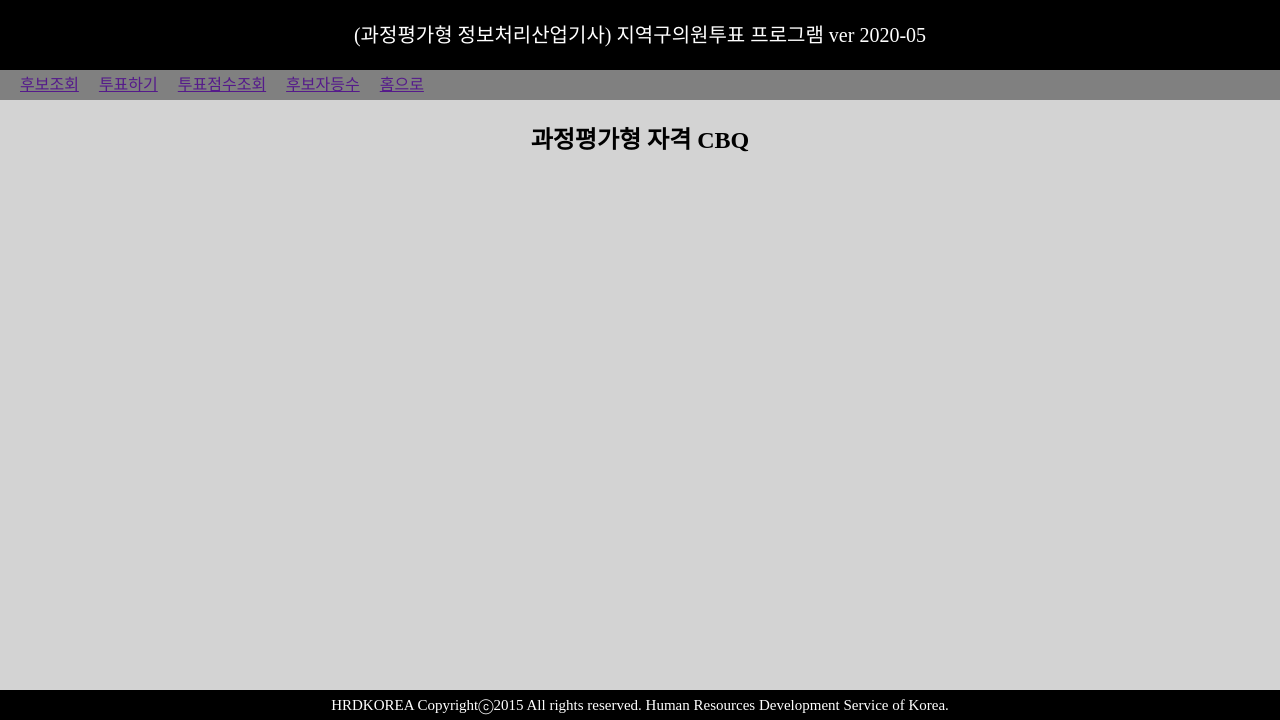
Repository: alsco727/JSP
Page: http://localhost/HRD_2207/
An editor plug-in stored every save of this project. The page is shown before and after the next save, followed by the edit.
The browser window is 1280 px wide. The pictures show the whole page.
The page is served by Tomcat 9. Other server files are loaded and not shown.

Above is the page before, as saved 2022-08-29 08:48:17.

### information_Processing/JSP과제4/HRD_2207/src/main/webapp/index.jsp
<%@ page language="java" contentType="text/html; charset=UTF-8"
    pageEncoding="UTF-8"%>
<!DOCTYPE html>
<html>
<head>
<meta charset="UTF-8">
<title>index</title>
</head>
<body>
<jsp:include page="header.jsp"></jsp:include>

<section style="position:fixed; top:100px; left:0px; width:100%; height:100%; background-color:lightgray">
<h2 style="text-align:center"><b>과정평가형 자격 CBQ</b></h2><br>
</section>

<jsp:include page="footer.jsp"></jsp:include>
</body>
</html>

### information_Processing/JSP과제4/HRD_2207/src/main/webapp/header.jsp
<%@ page language="java" contentType="text/html; charset=UTF-8"
    pageEncoding="UTF-8"%>
<!DOCTYPE html>
<html>
<head>
<meta charset="UTF-8">
<title>header</title>
</head>
<body>
<header style="position:fixed; top:0px; left:0px; width:100%; height:70px; line-height:70px; text-align:center; background-color:black; color:white; font-size:20px">(과정평가형 정보처리산업기사) 지역구의원투표 프로그램 ver 2020-05</header>

<nav style="position:fixed; top:70px; left:0px; width:100%; height:30px; line-height:30px; background-color:gray; color:white; padding-left:20px">
<a href="">후보조회</a> &nbsp; &nbsp;
<a href="">투표하기</a> &nbsp; &nbsp;
<a href="">투표점수조회</a> &nbsp; &nbsp;
<a href="">후보자등수</a> &nbsp; &nbsp;
<a href="">홈으로</a> &nbsp; &nbsp;
</nav>
</body>
</html>

### information_Processing/JSP과제4/HRD_2207/src/main/webapp/footer.jsp
<%@ page language="java" contentType="text/html; charset=UTF-8"
    pageEncoding="UTF-8"%>
<!DOCTYPE html>
<html>
<head>
<meta charset="UTF-8">
<title>footer</title>
</head>
<body>
<footer style="position:fixed; bottom:0px; left:0px; width:100%; height:30px; line-height:30px; text-align:center; background-color:black; color:white; font-size:15px">HRDKOREA Copyrightⓒ2015 All rights reserved. Human Resources Development Service of Korea.</footer>
</body>
</html>

After the next save:
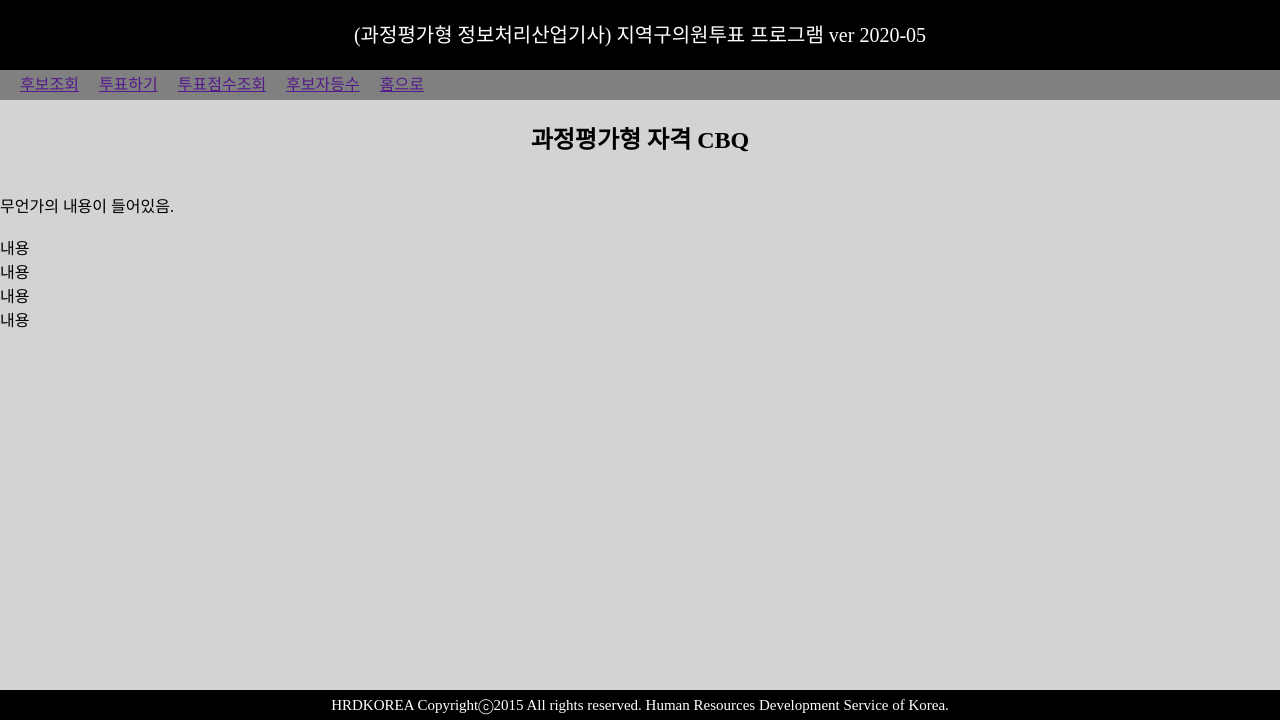
Saved 49 s later.
--- a/information_Processing/JSP과제4/HRD_2207/src/main/webapp/index.jsp
+++ b/information_Processing/JSP과제4/HRD_2207/src/main/webapp/index.jsp
@@ -11,6 +11,11 @@
 
 <section style="position:fixed; top:100px; left:0px; width:100%; height:100%; background-color:lightgray">
 <h2 style="text-align:center"><b>과정평가형 자격 CBQ</b></h2><br>
+무언가의 내용이 들어있음.<br><br>
+내용<br>
+내용<br>
+내용<br>
+내용<br>
 </section>
 
 <jsp:include page="footer.jsp"></jsp:include>
